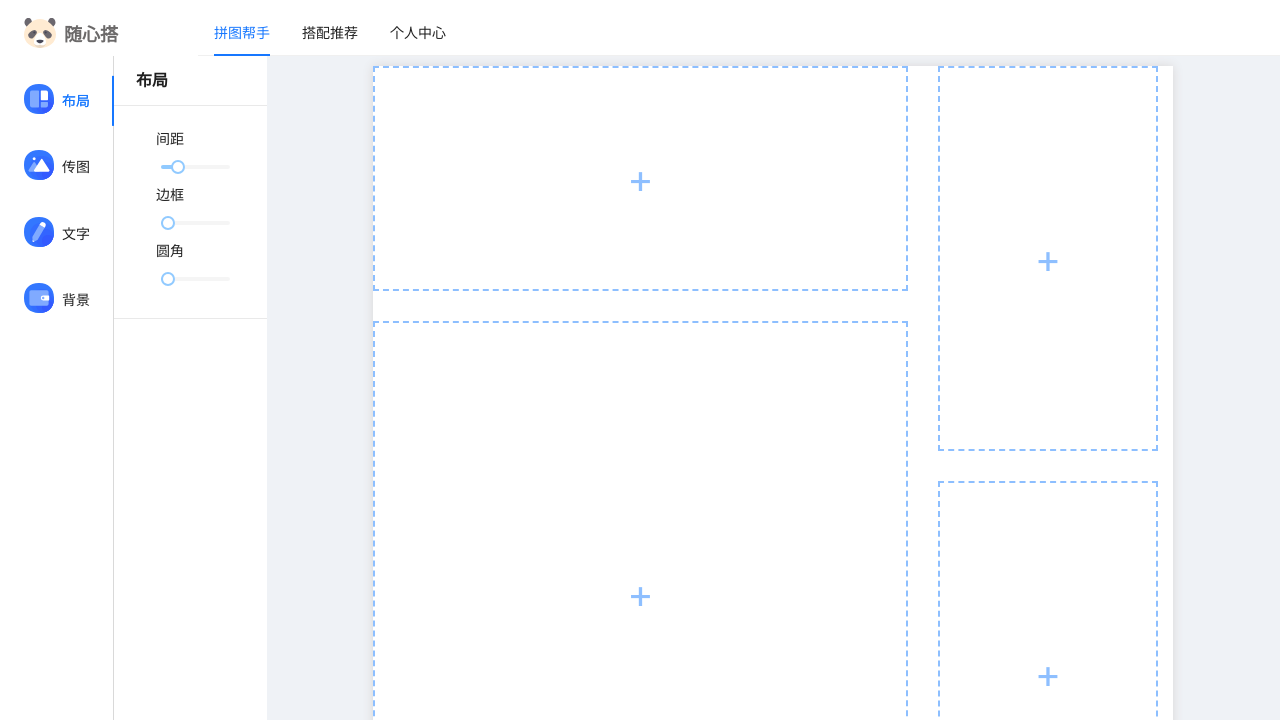
Repository: zzq1101921989/low-code
Page: /
An editor plug-in stored every save of this project. The page is shown before and after the next save, followed by the edit.
The browser window is 1280 px wide. The pictures show the whole page.
The project was rebuilt for these pictures with package versions that can differ from the ones it lists, and the page was loaded fresh each time. Also part of the build but not shown: vite.config.ts, src/pages/admin/index.tsx, src/components/icon/ClothesIcon.tsx, src/components/icon/HairIcon.tsx, src/components/icon/PantsIcon.tsx, src/components/icon/ShoeIcon.tsx, src/pages/recommend/index.tsx.

Above is the page before, as saved 2023-06-01 22:22:37.

### index.html
<!DOCTYPE html>
<html lang="en">
  <head>
    <meta charset="UTF-8" />
    <link rel="icon" type="image/svg+xml" href="/vite.svg" />
    <meta name="viewport" content="width=device-width, initial-scale=1.0" />
    <title>搭配选择困难症？不懂搭？就来随心搭，找到属于自己的穿搭技巧</title>
  </head>
  <body>
    <div id="root"></div>
    <script type="module" src="/src/main.tsx"></script>
  </body>
</html>

### src/main.tsx
import ReactDOM from "react-dom/client";
import App from "./App";
import "./reset.css";

ReactDOM.createRoot(document.getElementById("root") as HTMLElement).render(
  <App />
);

### src/App.tsx
import { BrowserRouter, Navigate, Route, Routes } from "react-router-dom";
import LayoutComponent from "./components/layout";
import { routerConfig } from "./routers";

const App = () => {
  return (
    <BrowserRouter>
      <Routes>
        <Route path="/" element={<LayoutComponent />}>
          {/* 重定向 */}
          <Route path="/" element={<Navigate to="/home" />} />
          {routerConfig.map((item) => (
            <Route path={item.path} key={item.name} element={item.element} />
          ))}
        </Route>
        <Route path="*" element={<div>404</div>} />
      </Routes>
    </BrowserRouter>
  );
};

export default App;

### src/reset.css
html,body,div,span,applet,object,h1,h2,h3,h4,h5,h6,p,blockquote,pre,a,abbr,acronym,address,big,cite,code,del,dfn,em,img,ins,kbd,q,s,samp,small,strike,strong,sub,sup,tt,var,b,u,i,center,dl,dt,dd,ol,ul,li,fieldset,form,label,legend,table,caption,tbody,tfoot,thead,tr,th,td,article,aside,canvas,details,embed,figure,figcaption,footer,header,hgroup,menu,nav,output,ruby,section,summary,time,mark,audio,video {
	margin:0;
	padding:0;
	border:0;
	font-size:100%;
	font:inherit;
	font-weight:normal;
	vertical-align:baseline;
}
/* HTML5 display-role reset for older browsers */
article,aside,details,figcaption,figure,footer,header,hgroup,menu,nav,section {
	display:block;
}
ol,ul,li {
	list-style:none;
}
blockquote,q {
	quotes:none;
}
blockquote:before,blockquote:after,q:before,q:after {
	content:'';
	content:none;
}
table {
	border-collapse:collapse;
	border-spacing:0;
}
th,td {
	vertical-align:middle;
}
/* custom */
a {
	outline:none;
	color:#16418a;
	text-decoration:none;
	-webkit-backface-visibility: hidden;
}
a:focus {
	outline:none;
}
input:focus,select:focus,textarea:focus {
	outline:-webkit-focus-ring-color auto 0;
}

### src/routers/index.tsx
import { RouteObject } from "react-router-dom";
import Admin from "../pages/admin";
import Home from "../pages/home";
import Recommend from "../pages/recommend";

export const routerConfig: (RouteObject & { name: string })[] = [
  {
    path: "home",
    name: "拼图帮手",
    element: <Home />,
  },
  {
    path: "recommend",
    name: "搭配推荐",
    element: <Recommend />,
  },
  {
    path: "admin",
    name: "个人中心",
    element: <Admin />,
  },
];

### src/components/header/index.tsx
import { Menu, MenuProps } from "antd";
import { Link, useLocation } from "react-router-dom";
import { routerConfig } from "../../routers";

export default function HeaderComponent() {

  const locaiton = useLocation();

  const items: MenuProps["items"] = routerConfig.map((key) => ({
    key: key.path,
    label: <Link to={`/${key.path}`}>{key.name}</Link>,
  }));

  return (
    <Menu
      style={{ flex: 1 }}
      mode="horizontal"
      selectedKeys={[locaiton.pathname.split("/")[1]]}
      items={items}
    />
  );
}

### src/components/layout/index.module.less
.syd-layout {
  width: 100%;
  height: 100vh;
  display: flex;
  flex-direction: column;
  overflow: hidden;
  .syd-header {
    display: flex;
    width: 100%;
    align-items: center;
    padding: 10px 24px 0 24px;
    background-color: #fff;
    .logo {
      margin-right: 80px;
    }
  }
  .syd-content {
    flex: auto;
    background: #eff2f6;
  }
}

### src/pages/home/index.tsx
import { Col, Row } from "antd";
import { FC, useState } from "react";
import { DrawImage, Menu } from "./features";
import styles from "./index.module.less";

// 最大的间距是多少
const maxPedding = 120

// 最大的边框
const maxBorder = 0

const Home: FC = () => {

  const [ paddingPercentage, setPaddingPercentage ] = useState(25)

  // 当前计算出来的间距是多少
  const padding = Math.round(maxPedding * (paddingPercentage / 100))

  return (
    <Row style={{ height: "100%" }} className={styles.homeContainer}>
      <Col xl={5}>
        <Menu paddingPercentage={paddingPercentage} setPaddingPercentage={setPaddingPercentage} />
      </Col>
      <Col xl={19}>
        <DrawImage padding={padding} />
      </Col>
    </Row>
  );
};

export default Home;

### src/pages/home/features/index.tsx
export { default as Area } from './Area';
export { default as DrawImage } from './DrawImage';
export { default as Menu } from './Menu';

### src/pages/home/index.module.less
.homeContainer {
    :global{
        .ant-tabs-tabpane {
            padding-left: 0 !important
        }
        .ant-tabs-nav-wrap {
            padding-top: 20px;
        }
    }
}

### src/pages/home/features/Area/index.tsx
import { FC, ReactNode } from "react";
import styles from "./index.module.less";

interface AreaProps {
  /**
   * @name 头部区域内容
   */
  header: string | ReactNode;

  /**
   * @name 中间区域内容
   */
  centre?: string | ReactNode;
}
const Area: FC<AreaProps> = (props) => {
  const { header, centre } = props;

  return (
    <div className={`${styles["area-container"]}`}>
      <div
        className={`${styles["area-container-header"]} ${styles.padding} ${styles.borderBottom}`}
      >
        {header}
      </div>
      {centre && (
        <div
          className={`${styles["area-container-centre"]} ${styles.padding} ${styles["borderBottom"]}`}
        >
          {centre}
        </div>
      )}
    </div>
  );
};

export default Area;

### src/pages/home/features/DrawImage/index.tsx
import {
  FC,
  ReactNode,
  createElement,
  useEffect,
  useRef,
  useState,
} from "react";
import { ContextMenu, ItemBox } from "../../components";
import { LayoutConfig } from "./LayoutBox";

const initContextMenu = {
  open: false,
  x: 0,
  y: 0,
};

// 每行最多能有多少box
const containerWidth = 800;
const containerHeight = 800;

type DrawImageProps = {
  /**
   * 间距
   */
  padding: number;
};

const DrawImage: FC<DrawImageProps> = (props) => {
  const { padding } = props;

  const ele = useRef<HTMLDivElement | null>(null);

  // 记录一下当前点击的容器
  const pendingUplaodBox = useRef<ParentNode | null>(null);

  const fileRef = useRef<HTMLInputElement | null>(null);

  const [contextMenu, setContextMenu] = useState<{
    open: boolean;
    x: number;
    y: number;
  }>(initContextMenu);

  const [activeBoxIndex, setActiveBoxIndex] = useState<number | undefined>();

  // 组织右键菜单的默认事件
  useEffect(() => {
    const uploadBtn = document.getElementById("uploadBtn");

    const contextmenuFn = (e: MouseEvent) => {
      e.preventDefault();
    };

    const mousedownFn = (e: MouseEvent) => {
      if (e.target && (e.button === 0 || e.button === 2)) {
        // 获取上传区域的dom
        const type = (e.target as HTMLElement).getAttribute("data-type");
        const index = (e.target as HTMLElement).getAttribute("data-index");
        if (type === "add") {
          const offsetLeftTotal =
            ele.current!.offsetLeft +
            (ele.current!.parentNode as HTMLElement | null)!.offsetLeft;
          const offsetTopTotal =
            ele.current!.offsetTop +
            (ele.current!.parentNode as HTMLElement | null)!.offsetTop;
          setContextMenu({
            open: true,
            x: e.clientX - offsetLeftTotal,
            y: e.clientY - offsetTopTotal + 10,
          });
          setActiveBoxIndex(Number(index));
          pendingUplaodBox.current = (e.target as HTMLElement).parentNode;
        }
      }
    };

    const click = () => {
      fileRef.current?.click();
    };

    const readerFile = (e: any) => {
      const file = e.target.files[0];
      const urlData = URL.createObjectURL(file);
      const container = pendingUplaodBox.current as HTMLElement;
      const image = container.getElementsByTagName("image")[0];
      if (image) {
        const clientWidth = container.clientWidth;
        const clientHeight = container.clientHeight;

        // 显示图片
        image.setAttributeNS(
          "http://www.w3.org/1999/xlink",
          "xlink:href",
          urlData
        );

        // 防止内存泄露，释放图片内存
        image.addEventListener("load", () => {
          URL.revokeObjectURL(urlData);
        });

        // 解决上传同一个文件，浏览器认为没变化，而造成读取失败的问题
        fileRef.current!.value = "";

        (container.parentNode as HTMLElement)!.style.width = clientWidth + "px";
        (container.parentNode as HTMLElement)!.style.height =
          clientHeight + "px";
      }
      setContextMenu(initContextMenu);
    };

    uploadBtn?.addEventListener("click", click);

    fileRef.current?.addEventListener("change", readerFile);

    if (ele.current) {
      ele.current.addEventListener("contextmenu", contextmenuFn);
      ele.current.addEventListener("mousedown", mousedownFn);
    }

    return () => {
      uploadBtn?.removeEventListener("click", click);
      fileRef.current?.removeEventListener("change", readerFile);
      ele.current?.removeEventListener("contextmenu", contextmenuFn);
      ele.current?.removeEventListener("mousedown", mousedownFn);
    };
  }, []);

  // 定义一个索引，表示每个ItemBox的编号
  let itemIndex = 0;

  /**
   * direction 代表排列方向
   * width 取小数，代表的是百分比
   */
  const testLayoutCofig: LayoutConfig[] = [
    {
      direction: "left",
      dirW: 1,
      dirH: 1,
      children: [
        {
          dirW: 0.7,
          dirH: 1,
          direction: "top",
          children: [
            {
              dirW: 1,
              dirH: 0.3,
            },
            {
              type: "flag",
              dirW: 1,
              dirH: 1,
            },
            {
              dirW: 1,
              dirH: 0.7,
            },
          ],
        },
        {
          type: "flag",
          dirW: 0.7,
          dirH: 1,
        },
        {
          dirW: 0.3,
          dirH: 1,
          direction: "top",
          children: [
            {
              dirW: 1,
              dirH: 0.5,
            },
            {
              type: "flag",
              dirW: 1,
              dirH: 1,
            },
            {
              dirW: 1,
              dirH: 0.5,
            },
          ],
        },
      ],
    },
  ];

  const createrItemBox = (
    width: number,
    height: number,
    left: number,
    top: number
  ) => {
    return createElement(
      "div",
      {
        className: "edit-container",
        key: Math.random() * 100000,
        style: {
          position: "absolute",
          left,
          top,
          width,
          height,
        },
      },
      <ItemBox dataIndex={0} />
    );
  };

  /**
   *
   * @param layout 当前配置
   * @param containerWidth 父级容器的宽度
   * @param containerHeight 父级容器的高度
   */
  const handlerLayout = (
    layout: LayoutConfig[],
    containerWidth: number,
    containerHeight: number,
    occupyWidth?: number,
    occupyHeight?: number,
    parentDirection: string = "left"
  ) => {
    let elements: ReactNode[] = [];

    // 已经占据了多少呢？
    let occupyW = occupyWidth || 0;
    let occupyH = occupyHeight || 0;

    // 获取父容器的布局方式
    const isLeftLayout = parentDirection === "left";
    const isTopLayout = parentDirection === "top";

    layout.forEach((lay) => {
      // 子元素 布局的方向
      const { dirW, dirH, children, direction } = lay;

      // 有子元素和没有子元素，处理方式不一样
      if (children && direction) {
        const currnetW = containerWidth * dirW - (isLeftLayout ? (padding / 2) : 0);
        const currnetH = containerHeight * dirH - (isTopLayout ? (padding / 2) : 0);

        elements = elements.concat(
          handlerLayout(
            children,
            currnetW,
            currnetH,
            occupyW,
            occupyH,
            direction
          )
        );

        if (isLeftLayout) occupyW += currnetW;
        if (isTopLayout) occupyH += currnetH;
      } else {
        const { dirH, dirW, type } = lay;

        if (type !== "flag") {
          // 不同方向之下，改变的宽高也是不一样的
          const currentWidth = isLeftLayout
            ? containerWidth * dirW - padding / 2
            : containerWidth * dirW;
          const currentHeight = isTopLayout
            ? containerHeight * dirH - padding / 2
            : containerHeight * dirH;

          elements.push(
            createrItemBox(currentWidth, currentHeight, occupyW, occupyH)
          );
          if (isLeftLayout) occupyW += currentWidth;
          if (isTopLayout) occupyH += currentHeight;
        } else {
          if (isLeftLayout) {
            elements.push(
              <div
                key={Math.random() * 100000}
                style={{
                  position: "absolute",
                  left: occupyW,
                  top: occupyH,
                  width: padding,
                  height: containerHeight,
                }}
              ></div>
            );
            occupyW += padding;
          } else if (isTopLayout) {
            elements.push(
              <div
                key={Math.random() * 100000}
                style={{
                  position: "absolute",
                  left: occupyW,
                  top: occupyH,
                  width: containerWidth,
                  height: padding,
                }}
              ></div>
            );
            occupyH += padding;
          }
        }
      }
    });

    return elements;
  };

  console.log(handlerLayout(testLayoutCofig, containerWidth, containerHeight));

  return (
    <div
      ref={ele}
      style={{
        position: "relative",
        width: containerWidth,
        height: containerHeight,
        margin: "10px auto",
        background: "#fff",
        boxShadow: "0 0 10px #d9d6d6",
      }}
    >
      {handlerLayout(testLayoutCofig, containerWidth, containerHeight)}
      {/* <LayoutBox
        layoutConfig={layoutConfig}
        containerWidth={containerWidth}
        containerHeight={containerHeight}
        padding={padding}
      /> */}

      {/* <Row gutter={[16, 16]} style={{ height: "100%" }}>
        <Col span={24}>
          <ItemBox areaHeight={2 * 200} dataIndex={itemIndex} activeIndex={activeBoxIndex} />
        </Col>
        <Col span={24}>
          <Row gutter={[16, 16]} style={{ height: "100%" }}>
            <Col span={12}>
              <ItemBox areaHeight={2 * 200} dataIndex={++itemIndex} activeIndex={activeBoxIndex} />
            </Col>
            <Col span={12}>
              <Row gutter={[16, 16]} style={{ height: "100%" }}>
                <Col span={24}>
                  <ItemBox
                    areaHeight={200}
                    dataIndex={++itemIndex}
                    activeIndex={activeBoxIndex}
                  />
                </Col>
                <Col span={24}>
                  <ItemBox
                    areaHeight={200}
                    dataIndex={++itemIndex}
                    activeIndex={activeBoxIndex}
                  />
                </Col>
              </Row>
            </Col>
          </Row>
        </Col>
      </Row> */}
      <ContextMenu
        left={contextMenu.x}
        top={contextMenu.y}
        open={contextMenu.open}
      />
      {/* 上传元素 */}
      <input
        ref={fileRef}
        type="file"
        id="cellImgPicker"
        accept="image/jpeg,image/png"
        style={{ display: "none" }}
      />
    </div>
  );
};

export default DrawImage;

### src/pages/home/features/Menu/index.tsx
import { Slider, Space, Tabs, TabsProps } from "antd";
import { Dispatch, FC } from "react";
import { Area } from "..";
import {
  ColorIcon,
  ImageIcon,
  LayoutIcon,
  TextIcon,
} from "../../../../components/icon";

type MenuProps = {
  /**
   * 间距百分比
   */
  paddingPercentage: number
  setPaddingPercentage: Dispatch<React.SetStateAction<number>>
}

/**
 * 导航栏组件
 */
const Menu: FC<MenuProps> = (props) => {

  const { paddingPercentage, setPaddingPercentage } = props;

  const items: TabsProps["items"] = [
    {
      label: (
        <Space>
          <LayoutIcon />
          布局
        </Space>
      ),
      key: "1",
      children: (
        <Area
          header="布局"
          centre={
            <div
              style={{
                width: "100%",
                display: "flex",
                flexDirection: "column",
                padding: '10px 20px',
                boxSizing: 'border-box'
              }}
            >
              <div>
                间距
                <Slider defaultValue={paddingPercentage} onChange={setPaddingPercentage} />
              </div>
              <div>
                边框
                <Slider defaultValue={10} />
              </div>
              <div>
                圆角
                <Slider defaultValue={10} />
              </div>
            </div>
          }
        />
      ),
    },
    {
      label: (
        <Space>
          <ImageIcon />
          传图
        </Space>
      ),
      key: "2",
      children: "",
    },
    {
      label: (
        <Space>
          <TextIcon />
          文字
        </Space>
      ),
      key: "3",
      children: "",
    },
    {
      label: (
        <Space>
          <ColorIcon />
          背景
        </Space>
      ),
      key: "4",
      children: "",
    },
  ];

  return (
    <Tabs
      tabPosition="left"
      items={items}
      style={{ background: "#fff", height: "100%" }}
    />
  );
}

export default Menu

### src/pages/home/features/Area/index.module.less
.area-container {
    width: 100%;
    .area-container-header {
        font-size: 18px;
    }
    .area-container-header {
        font-size: 16px;
        font-weight: bold;
    }
}
.padding {
    padding: 12px 12px 12px 22px;
}
.borderBottom {
    border-bottom: 1px solid #e9e9e9;
}

### src/pages/home/components/index.tsx
export { default as ItemBox } from './ItemBox';
export { default as ContextMenu } from './contextmenu';

### src/components/icon/index.tsx
export { default as ClothesIcon } from "./ClothesIcon";
export { default as ColorIcon } from "./ColorIcon";
export { default as HairIcon } from "./HairIcon";
export { default as ImageIcon } from "./ImageIcon";
export { default as LayoutIcon } from "./LayoutIcon";
export { default as PantsIcon } from "./PantsIcon";
export { default as ShoeIcon } from "./ShoeIcon";
export { default as TextIcon } from "./TextIcon";

### src/pages/home/components/ItemBox/index.tsx
import { FC, memo, useRef, useState } from "react";
import styles from "./index.module.less";

interface ItemBoxProps {
  /**
   * 当前选中的焦点区域
   */
  activeIndex?: number;

  /**
   * 当前组件的索引
   */
  dataIndex: number;

}

const ItemBox: FC<ItemBoxProps> = (props) => {

  const { activeIndex, dataIndex } = props;

  const [openAddMask, setOpenAddMask] = useState(true);

  const image = useRef<SVGImageElement | null>(null)

  image.current?.addEventListener('load', () => {
    setOpenAddMask(false)
  })

  return (
    <div
      className={styles.itemBox}
      style={{
        border: `2px ${
          activeIndex === dataIndex ? "solid #2354f4" : "dashed #1e80ff80"
        }`,
      }}
    >
      <svg
        view-box="0 0 367.3725 367.3725"
        xmlns="http://www.w3.org/2000/svg"
        xmlnsXlink="http://www.w3.org/1999/xlink"
      >
        <g
          style={{
            transform: "matrix(1, 0, 0, 1, 0, 0)",
          }}
        >
          <image ref={image} />
        </g>
      </svg>
      <span className={styles.close}>
        <svg
          version="1.1"
          id="图层_1"
          xmlns="http://www.w3.org/2000/svg"
          xmlnsXlink="http://www.w3.org/1999/xlink"
          x="0px"
          y="0px"
          viewBox="0 0 16 16"
        >
          <path
            d="M11.8,1.6l-0.7,0.7L7.8,5.6L4.6,2.3L3.9,1.6L3.1,2.3L2,3.4L1.3,4.1L2,4.8l3.3,3.3L2,11.4l-0.7,0.7L2,12.8 L3.1,14l0.7,0.7L4.6,14l3.3-3.3l3.3,3.3l0.7,0.7l0.7-0.7l1.1-1.1l0.7-0.7l-0.7-0.7l-3.3-3.3l3.3-3.3l0.7-0.7l-0.7-0.7l-1.1-1.1 L11.8,1.6L11.8,1.6z"
            style={{
              opacity: 0.9,
              fill: "rgb(255, 255, 255)",
            }}
          ></path>{" "}
          <g>
            <polygon points="13,4.1 11.8,3 7.8,7 3.9,3 2.7,4.1 6.7,8.1 2.7,12.1 3.9,13.3 7.8,9.3 11.8,13.3 13,12.1 9,8.1 	"></polygon>
          </g>
        </svg>
      </span>
      <span
        style={{
          display: openAddMask ? "flex" : "none",
        }}
        className={styles.add}
        data-type="add"
        data-index={dataIndex}
      >
        +
      </span>
    </div>
  );
};
export default memo(ItemBox);

### src/pages/home/components/ItemBox/index.module.less
.itemBox {
    position: relative;
    width: 100%;
    height: 100%;
    box-sizing: border-box;
    .close {
        width: 16px;
        height: 16px;
        display: none;
        position: absolute;
        right: 10px;
        top: 10px;
    }
    .add {
        position: relative;
        z-index: 9;
        width: 100%;
        height: 100%;
        justify-content: center;
        align-items: center;
        text-align: center;
        margin: 0 auto;
        font-size: 40px;
        color: #1e80ff80;
        user-select: none;
    }
    >svg{
        height: 100%;
        width: 100%;
        position: absolute;
        left: 0;
        top: 0;
    }
    &:hover {
        border: 2px solid #2354f4 !important;
        .close {
            display: block;
        }
    }
}

### src/pages/home/components/contextmenu/index.module.less
.contextMenu {
    position: absolute;
    z-index: 10;
    width: 126px;
    padding: 5px 0;
    background-color: #fff;
    box-shadow: 0 0 5px #ccc;
    border-radius: 5px;
    cursor: pointer;
    .contextMenuItem {
        width: 100%;
        user-select: none;
        line-height: 36px;
        color: #333;
        text-align: center;
        font-size: 13px;
        svg {
            width: 15px;
            height: 15px;
        }
        &:hover {
            background: #1a7eff;
            color: #fff;
        }
    }
}

Loaded but not shown: src/components/layout/index.tsx (69 lines, source omitted); src/components/icon/LayoutIcon.tsx (48 lines, source omitted); src/components/icon/ColorIcon.tsx (53 lines, source omitted); src/components/icon/ImageIcon.tsx (53 lines, source omitted); src/components/icon/TextIcon.tsx (48 lines, source omitted); src/pages/home/components/contextmenu/index.tsx (72 lines, source omitted)

After the next save:
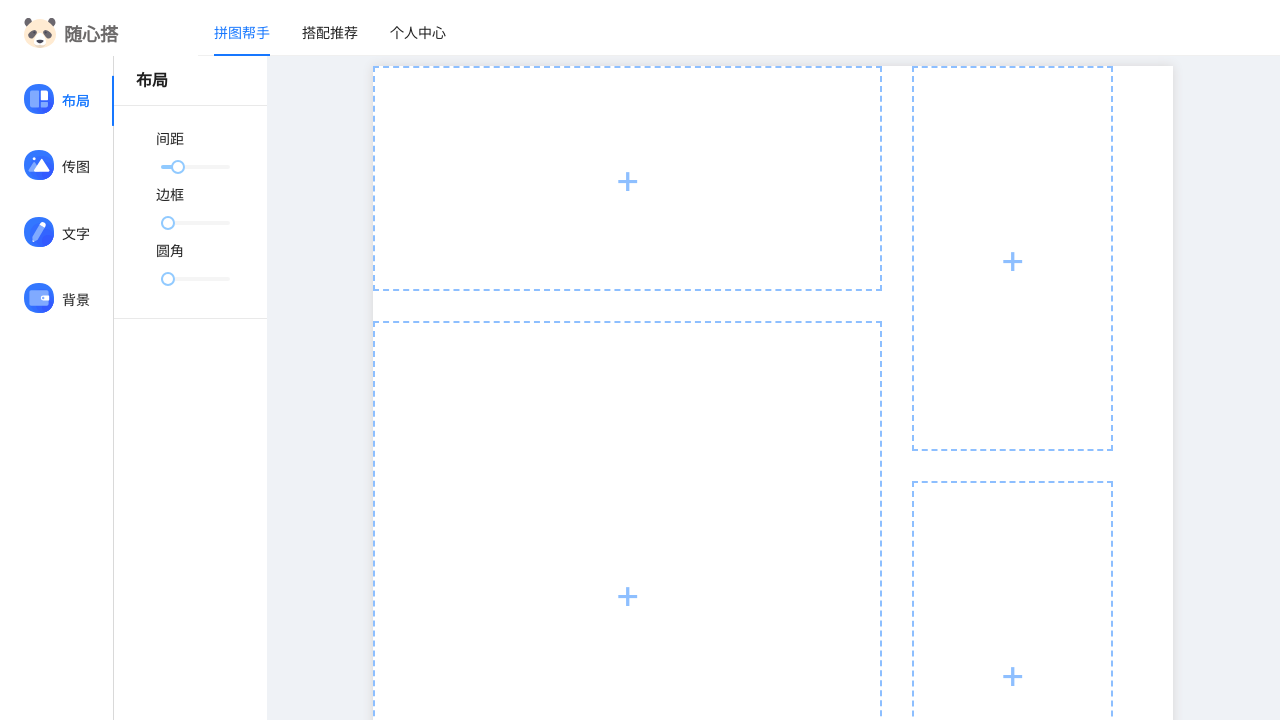
Saved 3 min 16 s later.
--- a/src/pages/home/features/DrawImage/index.tsx
+++ b/src/pages/home/features/DrawImage/index.tsx
@@ -242,7 +242,7 @@ const DrawImage: FC<DrawImageProps> = (props) => {
 
       // 有子元素和没有子元素，处理方式不一样
       if (children && direction) {
-        const currnetW = containerWidth * dirW - (isLeftLayout ? (padding / 2) : 0);
+        const currnetW = containerWidth * dirW - (isLeftLayout ? (padding) : 0);
         const currnetH = containerHeight * dirH - (isTopLayout ? (padding / 2) : 0);
 
         elements = elements.concat(
